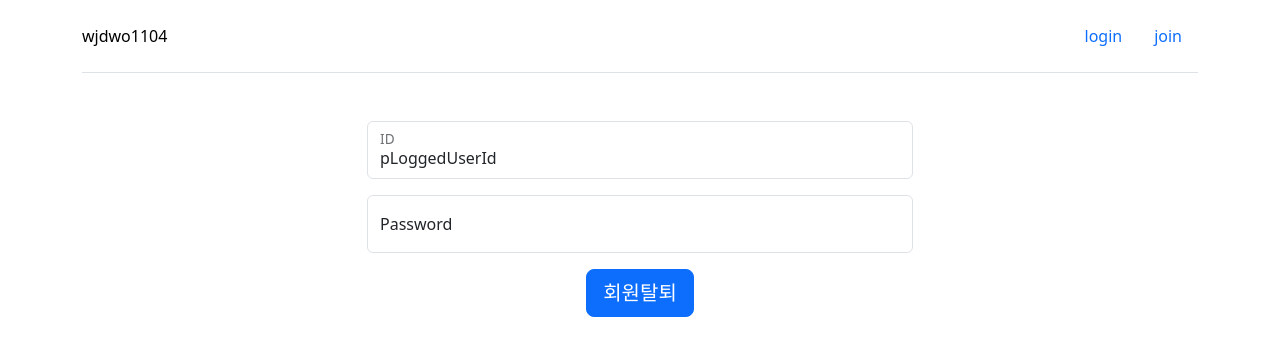
Repository: gain00/lecture1
Page: http://localhost/db-connect/delete.jsp
The author's editor kept a copy of each file at every save. The page is drawn from the files as they stood at one save, then again after the next save.
The browser window is 1280 px wide. The pictures show the whole page.
The page is served by Tomcat 9.

Above is the page before, as saved 2023-06-07 08:13:18.

After the next save:
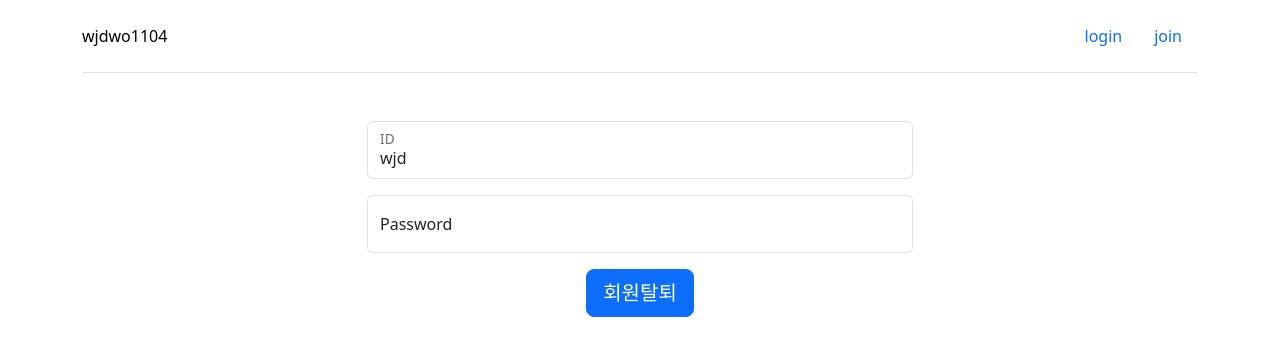
Saved 76 s later.
--- a/db-connect/src/main/webapp/delete.jsp
+++ b/db-connect/src/main/webapp/delete.jsp
@@ -1,14 +1,14 @@
 <%@ page language="java" contentType="text/html; charset=UTF-8"
 	pageEncoding="UTF-8"%>
 <%@ include file="include/header.jsp"%>
-<%String pLoggedUserId =  (String) session.getAttribute("loggedUserId"); %>
+<%String pLoggedUserId =  (String) session.getAttribute("loggedUserId");%>
 <form action="delete-process.jsp" method="post">
 	<div class="container-xl">
 		<div class="row mt-5 justify-content-center">
 			<div class="col-6">
 				<div class="form-floating mb-3">
 					<input type="text" name="userId" class="form-control"
-						id="floatingInput" placeholder="아이디를 입력해 주세요." value=pLoggedUserId
+						id="floatingInput" placeholder="아이디를 입력해 주세요." value=wjd
 						readonly /> <label for="floatingInput">ID</label>
 				</div>
 				<div class="form-floating mb-3">
